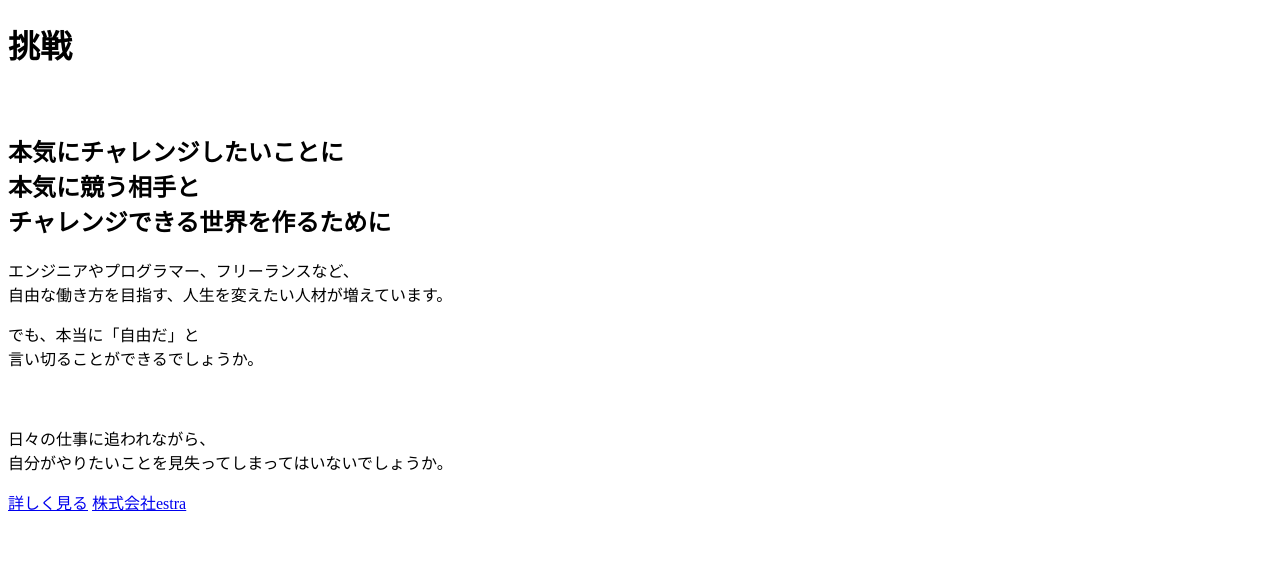
Repository: 9136424556/todo01
Page: coachtech/html-css/indexNO.2 .html
An editor plug-in stored every save of this project. The page is shown before and after the next save, followed by the edit.
The browser window is 1280 px wide. The pictures show the whole page.

Above is the page before, as saved 2023-11-20 03:22:14.

After the next save:
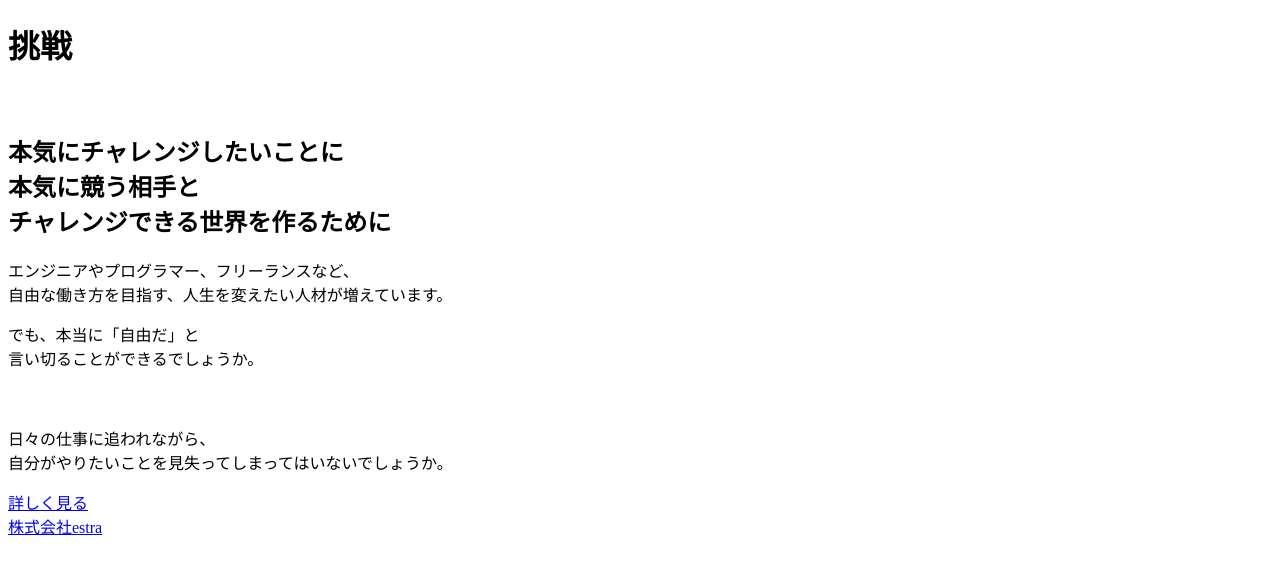
Saved 68 s later.
--- a/coachtech/html-css/indexNO.2 .html
+++ b/coachtech/html-css/indexNO.2 .html
@@ -18,7 +18,7 @@
     日々の仕事に追われながら、<br />自分がやりたいことを見失ってしまってはいないでしょうか。
 　　</p>
 
-    <a href="detail .html">詳しく見る</a>
+    <a href="detail .html">詳しく見る</a><br />
     <a href="https://estra.jp/">株式会社estra</a>
  </body>
 </html>
